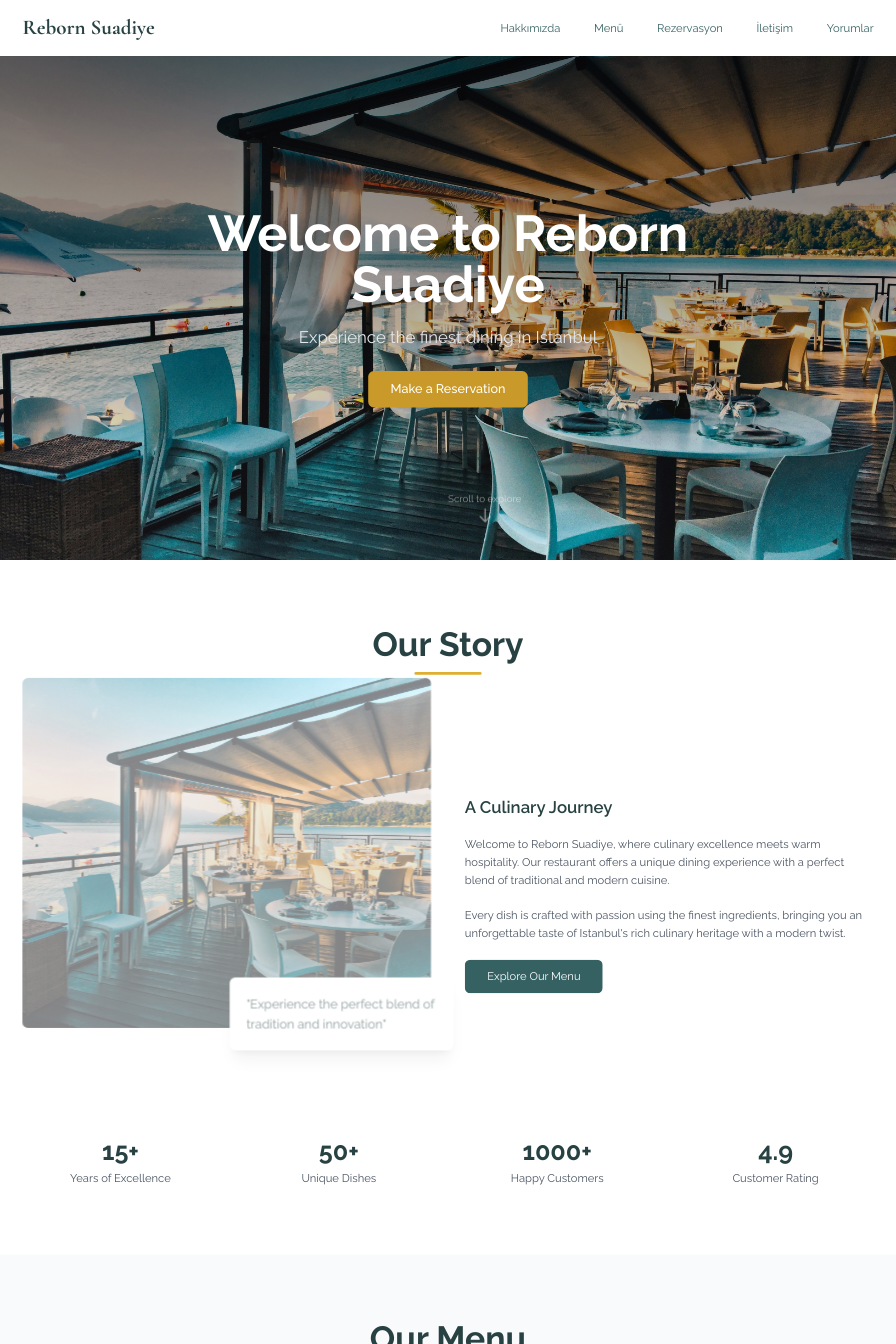
Repository: burakdemirrr/restaurant-website
Page: /
These files come from the project's save history. The page is drawn as it stood at one moment and after the next save; the edit follows.
The browser window is 1280 px wide. The pictures show the part of the page from y = 0 to 1920 px (the page is 7865 px tall), at 70% of full size.
The page's requests for data from a server got no answer. The project was rebuilt for these pictures with package versions that can differ from the ones it lists, and the page was loaded fresh each time. The framework's server and built-in components were replaced by stand-ins that run in the browser. No one was signed in, and anything a server would have sent is missing. Also part of the build but not shown: next.config.ts.

Above is the page before, as saved 2025-01-06 15:14:55.

### src/app/layout.tsx
import type { Metadata } from "next";
import { Cormorant_Garamond, Raleway } from "next/font/google";
import "./globals.css";
import MobileNav from "@/components/MobileNav";

const cormorant = Cormorant_Garamond({
  subsets: ["latin"],
  variable: '--font-display',
  display: 'swap',
  weight: ['400', '500', '600', '700'],
});

const raleway = Raleway({
  subsets: ["latin"],
  variable: '--font-sans',
  display: 'swap',
  weight: ['400', '500', '600', '700'],
});

export const metadata: Metadata = {
  title: "Reborn Suadiye - Restaurant & Cafe",
  description: "Experience the finest dining at Reborn Suadiye. Make your reservations online and enjoy our delicious menu.",
};

export default function RootLayout({
  children,
}: {
  children: React.ReactNode
}) {
  return (
    <html lang="en" className={`scroll-smooth ${cormorant.variable} ${raleway.variable}`}>
      <body className={`${raleway.className} antialiased`}>
        <nav className="fixed top-0 w-full bg-white/90 backdrop-blur-sm z-50 shadow-sm transition-all duration-300 hover:bg-white">
          <div className="max-w-7xl mx-auto px-4 sm:px-6 lg:px-8">
            <div className="flex justify-between h-20">
              <div className="flex items-center">
                <a href="/" className={`text-3xl font-bold text-primary-800 hover:text-primary-900 transition-all duration-300 transform hover:scale-105 ${cormorant.className}`}>
                  Reborn Suadiye
                </a>
              </div>
              <div className="hidden sm:flex sm:items-center sm:space-x-12">
                <a href="#about" className="text-primary-600 hover:text-primary-800 transition-all duration-300 hover:scale-105 relative group">
                  Hakkımızda
                  <span className="absolute bottom-0 left-0 w-0 h-0.5 bg-primary-600 transition-all duration-300 group-hover:w-full"></span>
                </a>
                <a href="#menu" className="text-primary-600 hover:text-primary-800 transition-all duration-300 hover:scale-105 relative group">
                  Menü
                  <span className="absolute bottom-0 left-0 w-0 h-0.5 bg-primary-600 transition-all duration-300 group-hover:w-full"></span>
                </a>
                <a href="#reservations" className="text-primary-600 hover:text-primary-800 transition-all duration-300 hover:scale-105 relative group">
                  Rezervasyon
                  <span className="absolute bottom-0 left-0 w-0 h-0.5 bg-primary-600 transition-all duration-300 group-hover:w-full"></span>
                </a>
                <a href="#contact" className="text-primary-600 hover:text-primary-800 transition-all duration-300 hover:scale-105 relative group">
                  İletişim
                  <span className="absolute bottom-0 left-0 w-0 h-0.5 bg-primary-600 transition-all duration-300 group-hover:w-full"></span>
                </a>
                <a href="#reviews" className="text-primary-600 hover:text-primary-800 transition-all duration-300 hover:scale-105 relative group">
                  Yorumlar
                  <span className="absolute bottom-0 left-0 w-0 h-0.5 bg-primary-600 transition-all duration-300 group-hover:w-full"></span>
                </a>
              </div>
              <MobileNav />
            </div>
          </div>
        </nav>
        <main className="pt-20">
          {children}
        </main>
        <footer className="bg-primary-900 text-white py-16">
          <div className="max-w-7xl mx-auto px-4 sm:px-6 lg:px-8">
            <div className="grid md:grid-cols-4 gap-12">
              <div className="space-y-4">
                <h3 className={`text-3xl font-bold mb-6 ${cormorant.className}`}>Reborn Suadiye</h3>
                <p className="text-primary-200 leading-relaxed">
                  Modern mutfağın en seçkin lezzetlerini geleneksel tatlarla buluşturuyoruz.
                </p>
              </div>
              <div className="space-y-4">
                <h4 className="text-xl font-semibold mb-6">Menü</h4>
                <div className="space-y-3">
                  <p className="text-primary-200 hover:text-white transition-colors cursor-pointer">Kahvaltı</p>
                  <p className="text-primary-200 hover:text-white transition-colors cursor-pointer">Ana Yemekler</p>
                  <p className="text-primary-200 hover:text-white transition-colors cursor-pointer">Tatlılar</p>
                  <p className="text-primary-200 hover:text-white transition-colors cursor-pointer">İçecekler</p>
                </div>
              </div>
              <div className="space-y-4">
                <h4 className="text-xl font-semibold mb-6">İletişim</h4>
                <div className="space-y-3">
                  <p className="text-primary-200">Bağdat Caddesi, No: 123</p>
                  <p className="text-primary-200">Suadiye, Kadıköy</p>
                  <p className="text-primary-200">İstanbul, Türkiye</p>
                  <p className="text-primary-200">Tel: +90 (216) 123 45 67</p>
                </div>
              </div>
              <div className="space-y-4">
                <h4 className="text-xl font-semibold mb-6">Çalışma Saatleri</h4>
                <div className="space-y-3">
                  <p className="text-primary-200">Pazartesi - Pazar</p>
                  <p className="text-primary-200">09:00 - 23:00</p>
                  <div className="pt-4">
                    <a
                      href="https://instagram.com/reborn.suadiye"
                      target="_blank"
                      rel="noopener noreferrer"
                      className="inline-flex items-center space-x-2 text-primary-200 hover:text-white transition-all duration-300 transform hover:translate-x-2"
                    >
                      <span>Instagram'da Takip Et</span>
                      <svg xmlns="http://www.w3.org/2000/svg" className="h-5 w-5" fill="none" viewBox="0 0 24 24" stroke="currentColor">
                        <path strokeLinecap="round" strokeLinejoin="round" strokeWidth={2} d="M17 8l4 4m0 0l-4 4m4-4H3" />
                      </svg>
                    </a>
                  </div>
                </div>
              </div>
            </div>
            <div className="mt-16 pt-8 border-t border-primary-800 text-center">
              <p className="text-primary-300">&copy; {new Date().getFullYear()} Reborn Suadiye. Tüm hakları saklıdır.</p>
            </div>
          </div>
        </footer>
      </body>
    </html>
  );
}

### src/components/MobileNav.tsx
'use client'

import React, { useState } from 'react'
import { FaBars, FaTimes } from 'react-icons/fa'

export default function MobileNav() {
  const [isOpen, setIsOpen] = useState(false)

  const toggleMenu = () => {
    setIsOpen(!isOpen)
  }

  return (
    <div className="sm:hidden">
      <button
        onClick={toggleMenu}
        className="p-2 text-primary-600 hover:text-primary-800 transition-colors focus:outline-none"
        aria-label="Toggle menu"
      >
        {isOpen ? <FaTimes size={24} /> : <FaBars size={24} />}
      </button>

      {isOpen && (
        <div className="fixed inset-0 z-50 bg-white">
          <div className="flex flex-col h-full">
            <div className="flex justify-between items-center p-4 border-b border-gray-100">
              <span className="text-2xl font-display font-bold text-primary-800">
                Reborn Suadiye
              </span>
              <button
                onClick={toggleMenu}
                className="p-2 text-primary-600 hover:text-primary-800 transition-colors focus:outline-none"
                aria-label="Close menu"
              >
                <FaTimes size={24} />
              </button>
            </div>

            <nav className="flex-1 px-4 py-8">
              <div className="flex flex-col space-y-6">
                <a
                  href="#about"
                  className="text-lg text-primary-600 hover:text-primary-800 transition-colors animate-slide-up"
                  style={{ animationDelay: '0.1s' }}
                  onClick={toggleMenu}
                >
                  About
                </a>
                <a
                  href="#menu"
                  className="text-lg text-primary-600 hover:text-primary-800 transition-colors animate-slide-up"
                  style={{ animationDelay: '0.2s' }}
                  onClick={toggleMenu}
                >
                  Menu
                </a>
                <a
                  href="#reservations"
                  className="text-lg text-primary-600 hover:text-primary-800 transition-colors animate-slide-up"
                  style={{ animationDelay: '0.3s' }}
                  onClick={toggleMenu}
                >
                  Reservations
                </a>
                <a
                  href="#contact"
                  className="text-lg text-primary-600 hover:text-primary-800 transition-colors animate-slide-up"
                  style={{ animationDelay: '0.4s' }}
                  onClick={toggleMenu}
                >
                  Contact
                </a>
                <a
                  href="#reviews"
                  className="text-lg text-primary-600 hover:text-primary-800 transition-colors animate-slide-up"
                  style={{ animationDelay: '0.5s' }}
                  onClick={toggleMenu}
                >
                  Reviews
                </a>
              </div>
            </nav>

            <div className="p-4 border-t border-gray-100 animate-slide-up" style={{ animationDelay: '0.6s' }}>
              <a
                href="https://instagram.com/reborn.suadiye"
                target="_blank"
                rel="noopener noreferrer"
                className="flex items-center justify-center space-x-2 text-primary-600 hover:text-primary-800 transition-colors"
                onClick={toggleMenu}
              >
                <span>Follow us on Instagram</span>
              </a>
            </div>
          </div>
        </div>
      )}
    </div>
  )
}

### src/components/Hero.tsx
'use client'

import { motion } from 'framer-motion'
import Image from 'next/image'

export default function Hero() {
  const containerVariants = {
    hidden: { opacity: 0 },
    visible: {
      opacity: 1,
      transition: {
        duration: 0.5,
        staggerChildren: 0.3
      }
    }
  }

  const itemVariants = {
    hidden: { opacity: 0, y: 20 },
    visible: {
      opacity: 1,
      y: 0,
      transition: {
        duration: 0.8,
        ease: "easeOut"
      }
    }
  }

  const imageVariants = {
    hidden: { scale: 1.2, opacity: 0 },
    visible: {
      scale: 1,
      opacity: 1,
      transition: {
        duration: 1.2,
        ease: "easeOut"
      }
    }
  }

  return (
    <section className="relative h-screen">
      <motion.div
        className="absolute inset-0"
        initial="hidden"
        animate="visible"
        variants={imageVariants}
      >
        <Image
          src="/hero-image.jpg"
          alt="Reborn Suadiye Restaurant"
          fill
          className="object-cover"
          priority
        />
        <div className="absolute inset-0 bg-gradient-to-b from-black/60 via-black/30 to-transparent" />
      </motion.div>

      <motion.div
        className="relative h-full flex items-center justify-center text-white text-center px-4"
        initial="hidden"
        animate="visible"
        variants={containerVariants}
      >
        <div className="max-w-4xl">
          <motion.h1
            className="text-5xl md:text-7xl font-display font-bold mb-6"
            variants={itemVariants}
          >
            Welcome to Reborn Suadiye
          </motion.h1>
          <motion.p
            className="text-xl md:text-2xl mb-8 text-gray-200"
            variants={itemVariants}
          >
            Experience the finest dining in Istanbul
          </motion.p>
          <motion.div variants={itemVariants}>
            <a
              href="#reservations"
              className="inline-block bg-gold-500 text-white px-8 py-3 rounded-lg text-lg font-medium
                transform transition-all duration-300 hover:scale-105 hover:bg-gold-600 hover:shadow-xl
                active:scale-95"
            >
              Make a Reservation
            </a>
          </motion.div>

          <motion.div
            className="absolute left-1/2 top-[85%] transform -translate-x-1/2 -translate-y-1/2"
            initial={{ opacity: 0, y: 20 }}
            animate={{ opacity: 1, y: 0 }}
            transition={{
              duration: 1,
              delay: 1.5,
              repeat: Infinity,
              repeatType: "reverse"
            }}
          >
            <a href="#about" className="text-white flex flex-col items-center">
              <span className="text-sm mb-2">Scroll to explore</span>
              <svg
                className="w-6 h-6 animate-bounce"
                fill="none"
                stroke="currentColor"
                viewBox="0 0 24 24"
              >
                <path
                  strokeLinecap="round"
                  strokeLinejoin="round"
                  strokeWidth={2}
                  d="M19 14l-7 7m0 0l-7-7m7 7V3"
                />
              </svg>
            </a>
          </motion.div>
        </div>
      </motion.div>
    </section>
  )
}

### src/components/GoogleReviews.tsx
import React from 'react'
import { FaStar, FaStarHalf } from 'react-icons/fa'

interface Review {
  id: number
  author: string
  rating: number
  text: string
  date: string
}

const reviews: Review[] = [
  {
    id: 1,
    author: 'Ahmet Y.',
    rating: 5,
    text: 'Harika bir mekan! Kahvaltısı özellikle muhteşem. Servis ve ambiyans da çok iyi.',
    date: '2024-01-01'
  },
  {
    id: 2,
    author: 'Ayşe K.',
    rating: 4.5,
    text: 'Bağdat Caddesinin en iyi restoranlarından biri. Levrek çok lezzetliydi.',
    date: '2023-12-25'
  },
  {
    id: 3,
    author: 'Mehmet S.',
    rating: 5,
    text: 'Künefesi için bile gidilir. Servis hızlı ve personel çok ilgili.',
    date: '2023-12-20'
  }
]

function RatingStars({ rating }: { rating: number }) {
  const fullStars = Math.floor(rating)
  const hasHalfStar = rating % 1 !== 0

  return (
    <div className="flex text-gold-400">
      {[...Array(fullStars)].map((_, i) => (
        <FaStar key={i} className="transform hover:scale-125 transition-transform duration-300" />
      ))}
      {hasHalfStar && <FaStarHalf className="transform hover:scale-125 transition-transform duration-300" />}
    </div>
  )
}

export default function GoogleReviews() {
  return (
    <div className="grid grid-cols-1 md:grid-cols-2 lg:grid-cols-3 gap-8">
      {reviews.map((review, index) => (
        <div
          key={review.id}
          className="bg-white p-8 rounded-lg shadow-lg hover:shadow-xl transition-all duration-500 transform hover:-translate-y-2 animate-scale-up"
          style={{ animationDelay: `${index * 0.2}s` }}
        >
          <div className="flex items-center justify-between mb-6">
            <h3 className="text-xl font-semibold font-display text-primary-900">{review.author}</h3>
            <RatingStars rating={review.rating} />
          </div>
          <div className="relative">
            <p className="text-gray-600 mb-6 line-clamp-3 hover:line-clamp-none transition-all duration-500 text-lg">
              "{review.text}"
            </p>
            <div className="absolute bottom-0 left-0 right-0 h-8 bg-gradient-to-t from-white pointer-events-none" />
          </div>
          <p className="text-sm text-gold-600 font-medium">
            {new Date(review.date).toLocaleDateString('tr-TR', {
              year: 'numeric',
              month: 'long',
              day: 'numeric'
            })}
          </p>
          <div className="absolute top-0 right-0 w-16 h-16 bg-gold-100 rounded-bl-full -z-10 transform rotate-in"
               style={{ animationDelay: `${index * 0.2 + 0.3}s` }} />
        </div>
      ))}
    </div>
  )
}

### tailwind.config.ts
import type { Config } from "tailwindcss";

const config: Config = {
  content: [
    "./src/pages/**/*.{js,ts,jsx,tsx,mdx}",
    "./src/components/**/*.{js,ts,jsx,tsx,mdx}",
    "./src/app/**/*.{js,ts,jsx,tsx,mdx}",
  ],
  theme: {
    extend: {
      colors: {
        primary: {
          50: '#f4f9f9',
          100: '#dcedee',
          200: '#bcd8d9',
          300: '#8ebabb',
          400: '#649798',
          500: '#45787a',
          600: '#366163',
          700: '#2d4f51',
          800: '#284142',
          900: '#233738',
        },
        gold: {
          50: '#fbf7e4',
          100: '#f5ecbb',
          200: '#eed88d',
          300: '#e7c35f',
          400: '#e0af31',
          500: '#c99a2a',
          600: '#9d7720',
          700: '#725618',
          800: '#463510',
          900: '#1b1408',
        }
      },
      fontFamily: {
        display: ['var(--font-playfair)'],
        sans: ['var(--font-montserrat)'],
      },
      animation: {
        'fade-in': 'fadeIn 0.8s ease-out',
        'slide-up': 'slideUp 0.8s ease-out',
        'slide-down': 'slideDown 0.5s ease-out',
        'scale-up': 'scaleUp 0.5s ease-out',
        'bounce-in': 'bounceIn 0.8s cubic-bezier(0.36, 0, 0.66, -0.56)',
        'rotate-in': 'rotateIn 0.8s ease-out',
      },
      keyframes: {
        fadeIn: {
          '0%': { opacity: '0' },
          '100%': { opacity: '1' },
        },
        slideUp: {
          '0%': { transform: 'translateY(30px)', opacity: '0' },
          '100%': { transform: 'translateY(0)', opacity: '1' },
        },
        slideDown: {
          '0%': { transform: 'translateY(-30px)', opacity: '0' },
          '100%': { transform: 'translateY(0)', opacity: '1' },
        },
        scaleUp: {
          '0%': { transform: 'scale(0.8)', opacity: '0' },
          '100%': { transform: 'scale(1)', opacity: '1' },
        },
        bounceIn: {
          '0%': { transform: 'scale(0.3)', opacity: '0' },
          '50%': { transform: 'scale(1.05)' },
          '70%': { transform: 'scale(0.9)' },
          '100%': { transform: 'scale(1)', opacity: '1' },
        },
        rotateIn: {
          '0%': { transform: 'rotate(-180deg) scale(0)', opacity: '0' },
          '100%': { transform: 'rotate(0) scale(1)', opacity: '1' },
        },
      },
    },
  },
  plugins: [
    require('@tailwindcss/forms'),
  ],
};

export default config;

Loaded but not shown: src/app/globals.css (common file); src/components/ReservationForm.tsx (240 lines, source omitted); src/components/Menu.tsx (194 lines, source omitted); src/app/page.tsx (167 lines, source omitted); src/components/About.tsx (125 lines, source omitted)

After the next save:
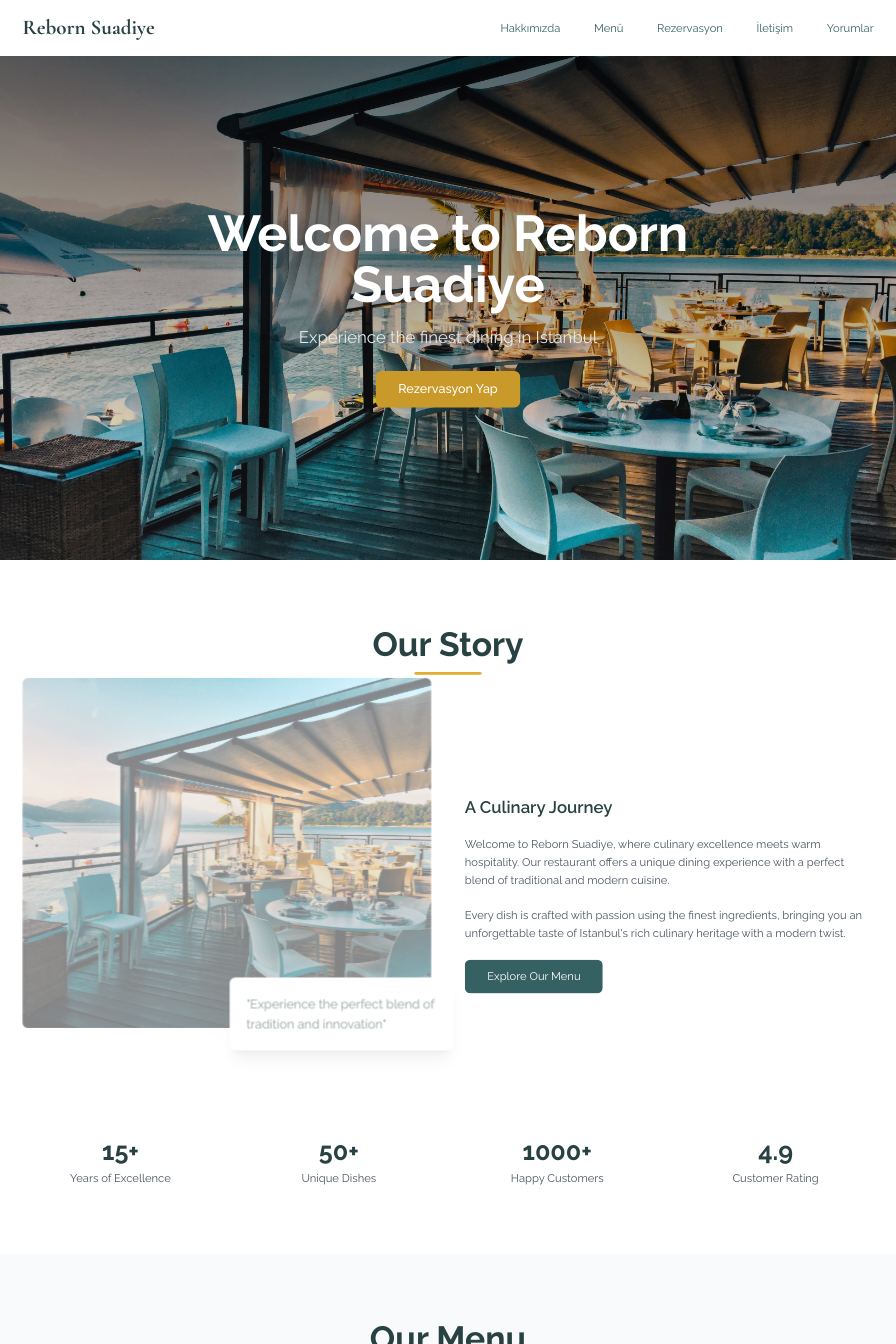
Saved 10 s later.
--- a/src/components/Hero.tsx
+++ b/src/components/Hero.tsx
@@ -83,36 +83,7 @@ export default function Hero() {
                 transform transition-all duration-300 hover:scale-105 hover:bg-gold-600 hover:shadow-xl
                 active:scale-95"
             >
-              Make a Reservation
-            </a>
-          </motion.div>
-
-          <motion.div
-            className="absolute left-1/2 top-[85%] transform -translate-x-1/2 -translate-y-1/2"
-            initial={{ opacity: 0, y: 20 }}
-            animate={{ opacity: 1, y: 0 }}
-            transition={{
-              duration: 1,
-              delay: 1.5,
-              repeat: Infinity,
-              repeatType: "reverse"
-            }}
-          >
-            <a href="#about" className="text-white flex flex-col items-center">
-              <span className="text-sm mb-2">Scroll to explore</span>
-              <svg
-                className="w-6 h-6 animate-bounce"
-                fill="none"
-                stroke="currentColor"
-                viewBox="0 0 24 24"
-              >
-                <path
-                  strokeLinecap="round"
-                  strokeLinejoin="round"
-                  strokeWidth={2}
-                  d="M19 14l-7 7m0 0l-7-7m7 7V3"
-                />
-              </svg>
+              Rezervasyon Yap
             </a>
           </motion.div>
         </div>
